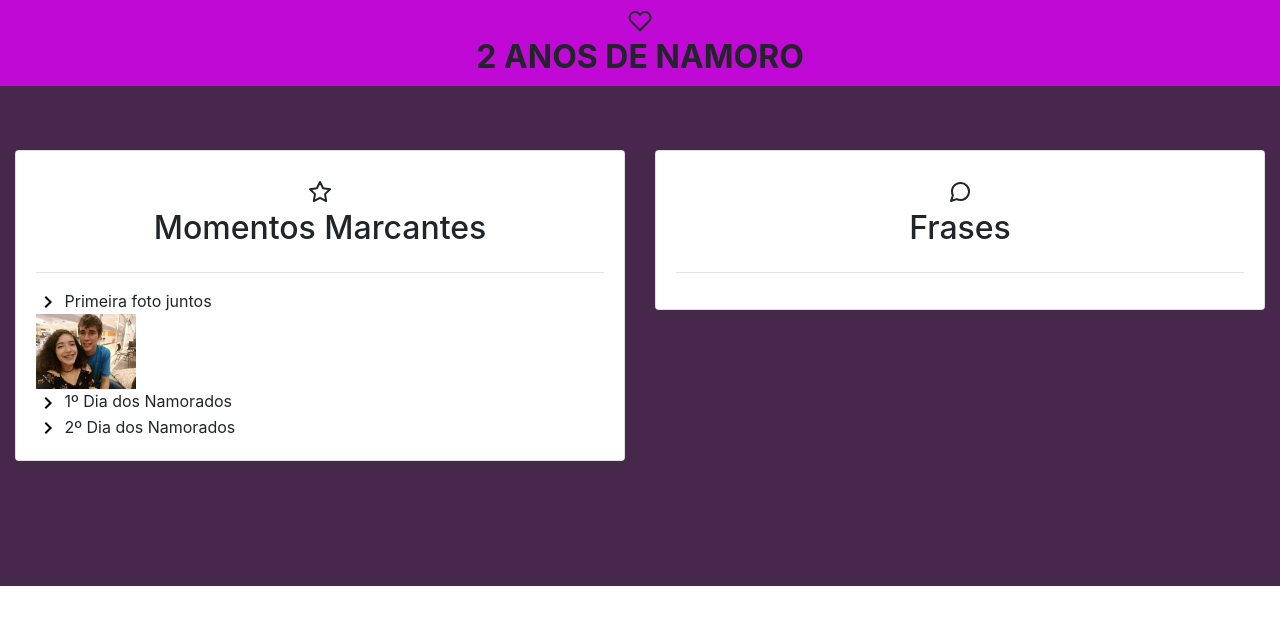
Repository: MeuAmor/meuamor.github.io
Page: index.html
The author's editor kept a copy of each file at every save. The page is drawn from the files as they stood at one save, then again after the next save.
The browser window is 1280 px wide. The pictures show the whole page.

Above is the page before, as saved 2019-08-20 22:06:05.

### index.html
<!DOCTYPE html>
<html lang="pt">
<head>
  <title>2 ANOS</title>
  <meta charset="utf-8">
  <meta name="viewport" content="width=device-width, initial-scale=1">
  <link rel="stylesheet" href="assets/css/bootstrap4.1/bootstrap.min.css">
  <script src="assets/js/jquery.3.3.1.min.js"></script>
  <script src="assets/js/bootstrap4.1/popper.min.js"></script>
	<script src="assets/js/bootstrap4.1/bootstrap.min.js"></script>
	<!-- <style>
			hr {
				margin-top: 1rem;
				margin-bottom: 1rem;
				border: 5;
				border-top: 1px solid rgba(0, 0, 0, 0.1);
			}
		</style> -->
</head>
<body class="container-fluid">


	<div class="row" style="background:#c109d6">
		<div class="col-md-12 text-left">
			<h2>
                <!-- <svg xmlns="http://www.w3.org/2000/svg" width="24" height="24" viewBox="0 0 24 24" fill="none" stroke="currentColor"
                        stroke-width="2" stroke-linecap="round" stroke-linejoin="round" class="feather feather-heart">
                    <path d="M20.84 4.61a5.5 5.5 0 0 0-7.78 0L12 5.67l-1.06-1.06a5.5 5.5 0 0 0-7.78 7.78l1.06 1.06L12 21.23l7.78-7.78 1.06-1.06a5.5 5.5 0 0 0 0-7.78z"/>
                </svg> -->
                <div class="text-center">

                    <svg xmlns="http://www.w3.org/2000/svg" width="24" height="24" viewBox="0 0 24 24" fill="none" stroke="currentColor"
                            stroke-width="2" stroke-linecap="round" stroke-linejoin="round" class="feather feather-heart">
                        <path d="M20.84 4.61a5.5 5.5 0 0 0-7.78 0L12 5.67l-1.06-1.06a5.5 5.5 0 0 0-7.78 7.78l1.06 1.06L12 21.23l7.78-7.78 1.06-1.06a5.5 5.5 0 0 0 0-7.78z"/>
                    </svg>
                </div>
                <div class="text-center">

                    <b>2 ANOS DE NAMORO </b>
                </div>
            </h2>
		</div>
		<div class="col-md-6 " id="redes_sociais">
			<!-- <a style="margin:10px;" class="btn btn-info btn-xs float-right" href="http://www.linkedin.com/in/leonardo-bernardes-da-silva-a8869b132">
				<svg xmlns="http://www.w3.org/2000/svg" width="24" height="24" viewBox="0 0 24 24" fill="none" stroke="currentColor" stroke-width="2" stroke-linecap="round" stroke-linejoin="round" class="feather feather-linkedin">
					<path d="M16 8a6 6 0 0 1 6 6v7h-4v-7a2 2 0 0 0-2-2 2 2 0 0 0-2 2v7h-4v-7a6 6 0 0 1 6-6z"></path><rect x="2" y="9" width="4" height="12"></rect>
					<circle cx="4" cy="4" r="2"></circle></svg>	LinkedIn</a>
				<a style="margin:10px;" class="btn btn-primary btn-xs float-right" href="http://www.facebook.com/lezinho.bernardes">
					<svg xmlns="http://www.w3.org/2000/svg" width="24" height="24" viewBox="0 0 24 24" fill="none" stroke="currentColor" stroke-width="2" stroke-linecap="round" stroke-linejoin="round" class="feather feather-facebook">
						<path d="M18 2h-3a5 5 0 0 0-5 5v3H7v4h3v8h4v-8h3l1-4h-4V7a1 1 0 0 1 1-1h3z"></path>
					</svg>
					LinkedIn
				</a>  -->
		</div>


</div>
<div class="row" style="background:#48274c;min-height: 500px;">

	<!-- <hr> -->
	<!-- <p style="margin: 10px;">
		<a class="btn btn-dark" data-toggle="collapse" href="#multiCollapseExample1" role="button" aria-expanded="false" aria-controls="multiCollapseExample1">Toggle first element</a>
		<button class="btn btn-dark" type="button" data-toggle="collapse" data-target="#multiCollapseExample2" aria-expanded="false" aria-controls="multiCollapseExample2">Toggle second element</button>
		<button class="btn btn-dark" type="button" data-toggle="collapse" data-target=".multi-collapse" aria-expanded="false" aria-controls="multiCollapseExample1 multiCollapseExample2">Toggle both elements</button> -->
	<!-- </p> -->


	<div class="col-md-6" style="margin-top: 5%;">
		<div class="card card-body">
            <h2>
                <div class="text-center">

                    <svg xmlns="http://www.w3.org/2000/svg" width="24" height="24" viewBox="0 0 24 24"
                        fill="none" stroke="currentColor" stroke-width="2" stroke-linecap="round" stroke-linejoin="round"
                        class="feather feather-star">
                        <polygon points="12 2 15.09 8.26 22 9.27 17 14.14 18.18 21.02 12 17.77 5.82 21.02 7 14.14 2 9.27 8.91 8.26 12 2"/>
                    </svg>
                </div>
                <div class="text-center">

                    Momentos Marcantes
                </div>
            </h2>
            <hr>
            <div>

                <svg xmlns="http://www.w3.org/2000/svg" width="24" height="24" viewBox="0 0 24 24">
                    <path d="M8.59 16.59L13.17 12 8.59 7.41 10 6l6 6-6 6-1.41-1.41z"/>
                    <path fill="none" d="M0 0h24v24H0V0z"/>
                </svg>
                Primeira foto juntos<br>
                <img src="imagens/primeira_foto.jpg" alt="Primeira Foto" width="100px;">
                <br>
                <svg xmlns="http://www.w3.org/2000/svg" width="24" height="24" viewBox="0 0 24 24">
                    <path d="M8.59 16.59L13.17 12 8.59 7.41 10 6l6 6-6 6-1.41-1.41z"/>
                    <path fill="none" d="M0 0h24v24H0V0z"/>
                </svg> 1º Dia dos Namorados<br>
                <svg xmlns="http://www.w3.org/2000/svg" width="24" height="24" viewBox="0 0 24 24">
                    <path d="M8.59 16.59L13.17 12 8.59 7.41 10 6l6 6-6 6-1.41-1.41z"/>
                    <path fill="none" d="M0 0h24v24H0V0z"/>
                </svg> 2º Dia dos Namorados

            </div>
		</div>
	</div>
	<div class="col-md-6" style="margin-top: 5%;">
		<div class="card card-body">
            <h2 style="text-align:center;">
                <div class="text-center">

                    <svg xmlns="http://www.w3.org/2000/svg" width="24" height="24" viewBox="0 0 24 24" fill="none" stroke="currentColor" stroke-width="2" stroke-linecap="round" stroke-linejoin="round" class="feather feather-message-circle">
                    <path d="M21 11.5a8.38 8.38 0 0 1-.9 3.8 8.5 8.5 0 0 1-7.6 4.7 8.38 8.38 0 0 1-3.8-.9L3 21l1.9-5.7a8.38 8.38 0 0 1-.9-3.8 8.5 8.5 0 0 1 4.7-7.6 8.38 8.38 0 0 1 3.8-.9h.5a8.48 8.48 0 0 1 8 8v.5z"/></svg>
                </div>
                <div class="text-center">
                    Frases
                </div>
            </h2>
			<hr>
            <div class="row">


            </div>
        </div>

	</div>

</div>
</body>
</html>

Loaded but not shown: assets/css/bootstrap4.1/bootstrap.min.css (library); assets/js/jquery.3.3.1.min.js (library); assets/js/bootstrap4.1/popper.min.js (library); assets/js/bootstrap4.1/bootstrap.min.js (library)

After the next save:
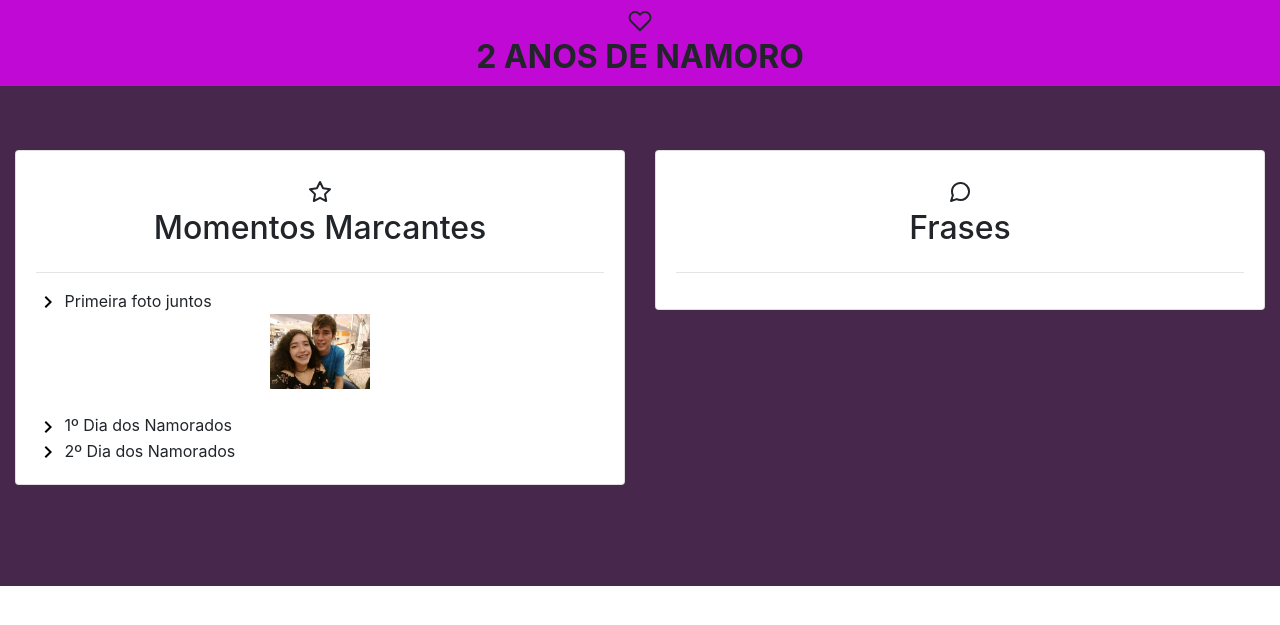
Saved 27 s later.
--- a/index.html
+++ b/index.html
@@ -89,7 +89,9 @@
                     <path fill="none" d="M0 0h24v24H0V0z"/>
                 </svg>
                 Primeira foto juntos<br>
-                <img src="imagens/primeira_foto.jpg" alt="Primeira Foto" width="100px;">
+                <div class="text-center">
+                    <img src="imagens/primeira_foto.jpg" alt="Primeira Foto" width="100px;">
+                </div>
                 <br>
                 <svg xmlns="http://www.w3.org/2000/svg" width="24" height="24" viewBox="0 0 24 24">
                     <path d="M8.59 16.59L13.17 12 8.59 7.41 10 6l6 6-6 6-1.41-1.41z"/>
